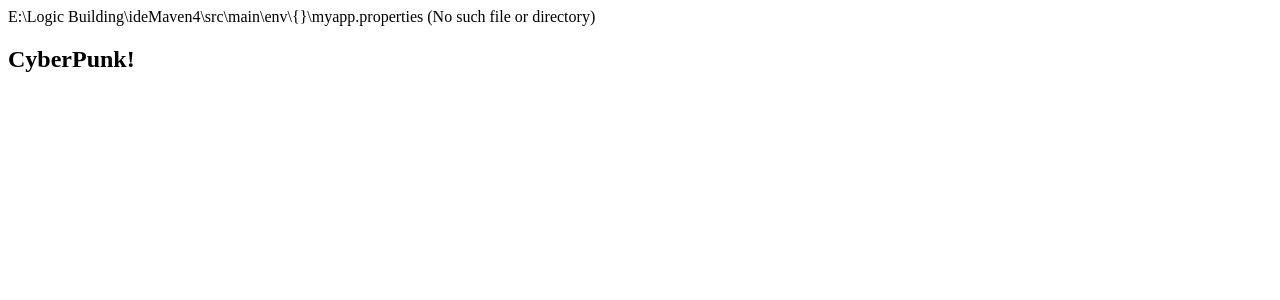
Repository: jaiswalshivam124/first-repo
Page: http://localhost/ideMaven4/
An editor plug-in stored every save of this project. The page is shown before and after the next save, followed by the edit.
The browser window is 1280 px wide. The pictures show the whole page.
The page is served by Tomcat 9.

Above is the page before, as saved 2020-08-23 06:29:54.

After the next save:
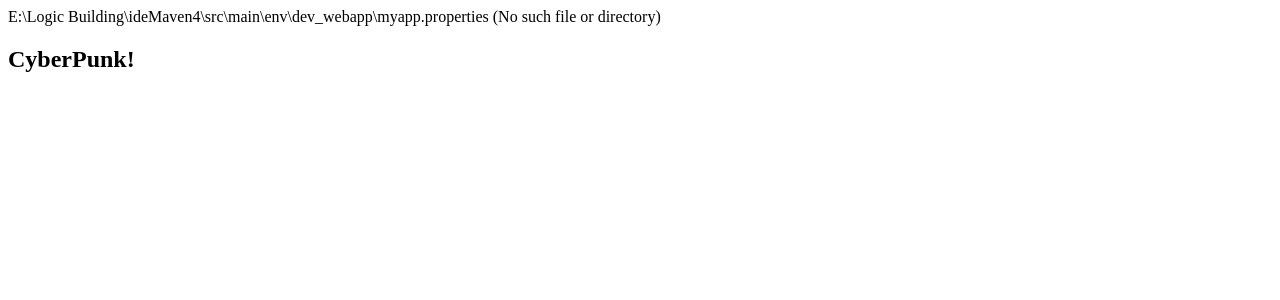
Saved 20 s later.
--- a/Logic Building/ideMaven4/src/main/webapp/index.jsp
+++ b/Logic Building/ideMaven4/src/main/webapp/index.jsp
@@ -6,7 +6,7 @@
 <%
 try
 {
-	String path = "E:\\Logic Building\\ideMaven4\\src\\main\\env\\{}\\myapp.properties";
+	String path = "E:\\Logic Building\\ideMaven4\\src\\main\\env\\dev_webapp\\myapp.properties";
 	System.out.println(System.getProperty("user.dir"));
     FileInputStream fis = new FileInputStream(path);
     Properties p = new Properties();
